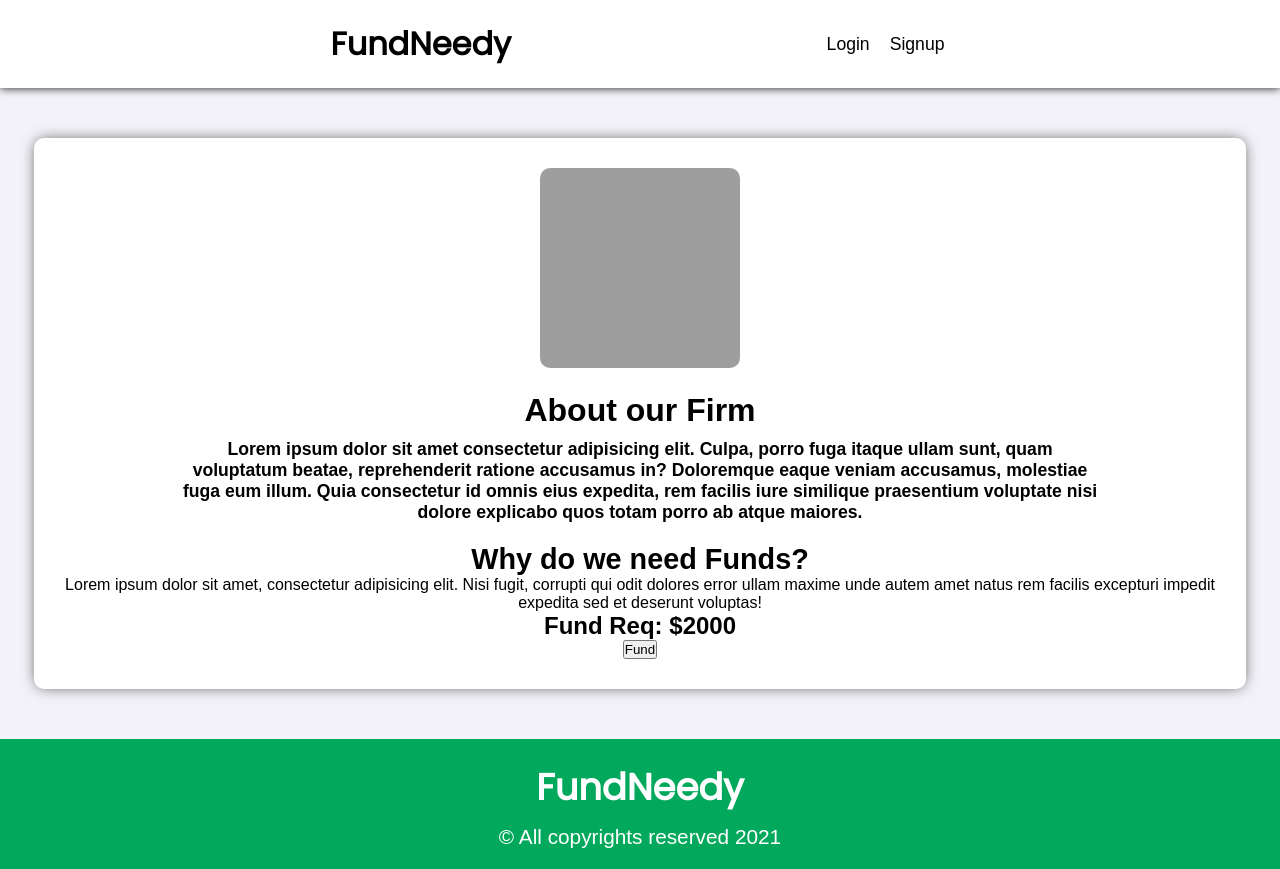
Repository: osdc/codejam
Page: /firmname (app in sassy-sandwiches/fund-needy/)
These files come from the project's save history. The page is drawn as it stood at one moment and after the next save; the edit follows.
The browser window is 1280 px wide. The pictures show the whole page.
Pictures or frames that could not be fetched are drawn as grey boxes. The project was rebuilt for these pictures with package versions that can differ from the ones it lists, and the page was loaded fresh each time. Also part of the build but not shown: sassy-sandwiches/fund-needy/src/Showcase.css, sassy-sandwiches/fund-needy/src/Showcase.js, sassy-sandwiches/fund-needy/src/Needies.css, sassy-sandwiches/fund-needy/src/Needy.css, sassy-sandwiches/fund-needy/src/Needy.js, sassy-sandwiches/fund-needy/src/Needies.js.

Above is the page before, as saved 2021-01-09 22:21:42.

After the next save:
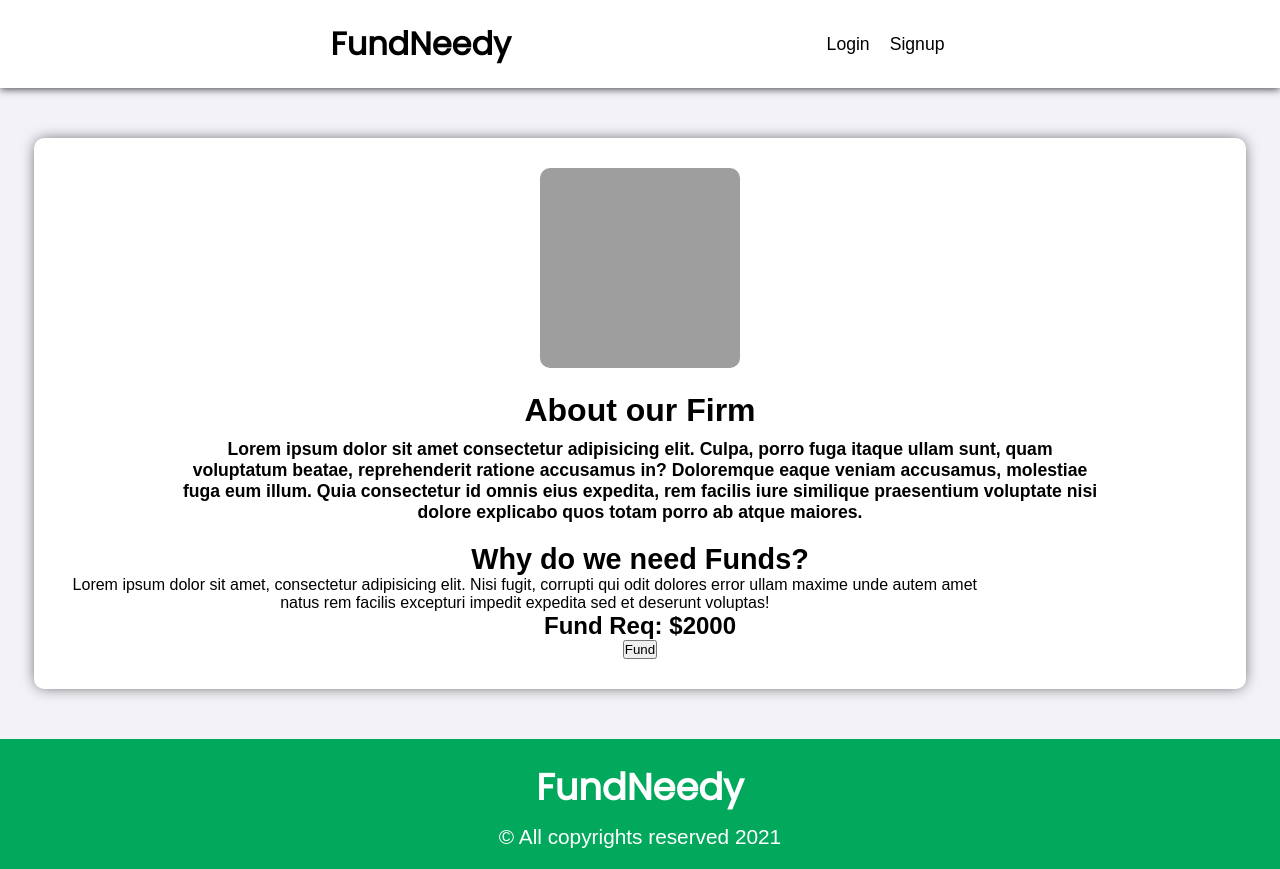
Saved 14 s later.
--- a/sassy-sandwiches/fund-needy/src/FirmFund.css
+++ b/sassy-sandwiches/fund-needy/src/FirmFund.css
@@ -36,3 +36,7 @@
   font-size: 1.8rem;
   margin-top: 20px;
 }
+
+.firmFund_need > p {
+  width: 80%;
+}
